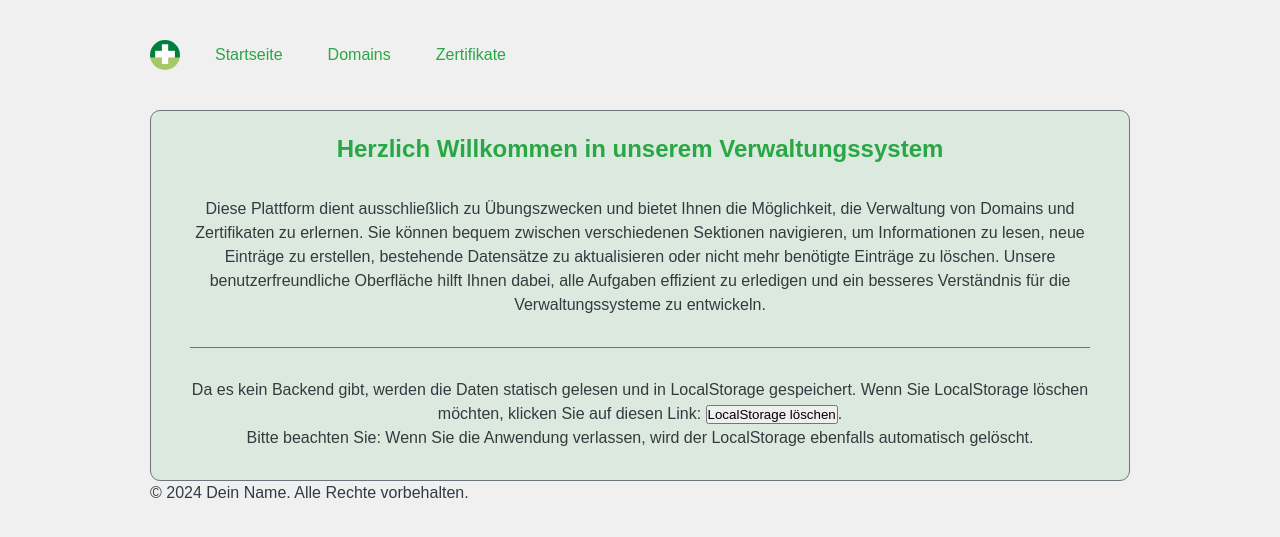
Repository: bajricadmir/verwaltungssystem-vanilla-html-css
Page: index.html
These files come from the project's save history. The page is drawn as it stood at one moment and after the next save; the edit follows.
The browser window is 1280 px wide. The pictures show the whole page.

Above is the page before, as saved 2024-10-14 11:26:24.

### index.html
<!DOCTYPE html>
<html lang="en">
  <head>
    <meta charset="UTF-8" />
    <meta name="viewport" content="width=device-width, initial-scale=1.0" />
    <link
      rel="shortcut icon"
      href="./assets/images/favicon.ico"
      type="image/x-icon"
    />
    <link rel="stylesheet" href="style.css" />
    <title>Verwaltungssystem</title>
  </head>
  <body>
    <header class="header">
      <nav class="navigation">
        <img src="./assets/images/favicon.ico" alt="Logo" class="logo" />

        <ul class="nav-list">
          <li class="nav-item">
            <a class="nav-link" href="#home">Startseite</a>
          </li>
          <li class="nav-item">
            <a class="nav-link" href="#about">Domains</a>
          </li>
          <li class="nav-item">
            <a class="nav-link" href="#contact">Zertifikate</a>
          </li>
        </ul>
      </nav>
    </header>

    <main class="main-content">
      <section>
        <h1 class="alert-heading">
          Herzlich Willkommen in unserem Verwaltungssystem
        </h1>
        <p class="content-paragraph">
          Diese Plattform dient ausschließlich zu Übungszwecken und bietet Ihnen
          die Möglichkeit, die Verwaltung von Domains und Zertifikaten zu
          erlernen. Sie können bequem zwischen verschiedenen Sektionen
          navigieren, um Informationen zu lesen, neue Einträge zu erstellen,
          bestehende Datensätze zu aktualisieren oder nicht mehr benötigte
          Einträge zu löschen. Unsere benutzerfreundliche Oberfläche hilft Ihnen
          dabei, alle Aufgaben effizient zu erledigen und ein besseres
          Verständnis für die Verwaltungssysteme zu entwickeln.
        </p>
      </section>
      <div class="divider"></div>
      <section>
        <p class="content-paragraph">
          Da es kein Backend gibt, werden die Daten statisch gelesen und in
          LocalStorage gespeichert. Wenn Sie LocalStorage löschen möchten,
          klicken Sie auf diesen Link:
          <button type="button" class="btn">LocalStorage löschen</button>.<br />
          Bitte beachten Sie: Wenn Sie die Anwendung verlassen, wird der
          LocalStorage ebenfalls automatisch gelöscht.
        </p>
      </section>
    </main>

    <footer>
      <p>&copy; 2024 Dein Name. Alle Rechte vorbehalten.</p>
    </footer>
  </body>
</html>

### style.css
:root {
  --primary-color: #007bff;
  --secondary-color: #6c757d;
  --success-color: #28a745;
  --success-color-hover: #218838;
  --success-color-bgc: #d4edda;
  --danger-color: #dc3545;
  --warning-color: #ffc107;
  --info-color: #17a2b8;
  --light-color: #f8f9fa;
  --dark-color: #343a40;

  --font-size-base: 16px;
  --font-family-base: "Arial", sans-serif;
  --background-color: #f0f0f0;
}

* {
  margin: 0;
  padding: 0;
  box-sizing: border-box;
}

html,
body {
  height: 100%;
  font-family: var(--font-family-base);
  line-height: 1.5;
}

body {
  padding: 40px 150px;
  background-color: var(--background-color);
  color: var(--dark-color);
}

ul {
  list-style: none;
}

a {
  text-decoration: none;
  color: inherit;
}

button {
  cursor: pointer;
}

table {
  border-collapse: collapse;
  width: 100%;
}

.navigation {
  display: flex;
  align-items: center;
}

.logo {
  width: 30px;
  height: 30px;
  border-radius: 50%;
  margin-right: 20px;
}

.nav-list {
  display: flex;
  align-items: center;
}

.nav-item {
  margin-right: 15px;
}

.nav-item:last-child {
  margin-right: 0;
}

.nav-item a {
  color: var(--success-color);
  transition: color 0.3s ease;
  padding: 10px 15px;
  border-radius: 5px;
}

.nav-item a:hover {
  color: var(--success-color-hover);
  background-color: rgba(40, 167, 69, 0.1);
}

.main-content {
  display: flex;
  flex-direction: column;
  align-items: center;
  margin-top: 40px;
  background-color: rgba(40, 167, 69, 0.1);
  padding: 20px 15px;
  border: 0.1px solid var(--secondary-color);
  border-radius: 10px;
}

.alert-heading {
  color: var(--success-color);
  padding-bottom: 20px;
}

.content-paragraph {
  padding: 10px;
  font-weight: 500;
}

section {
  text-align: center;
}

.divider {
  width: 95%;
  height: 1px;
  background-color: var(--secondary-color);
  margin: 20px 0;
}

After the next save:
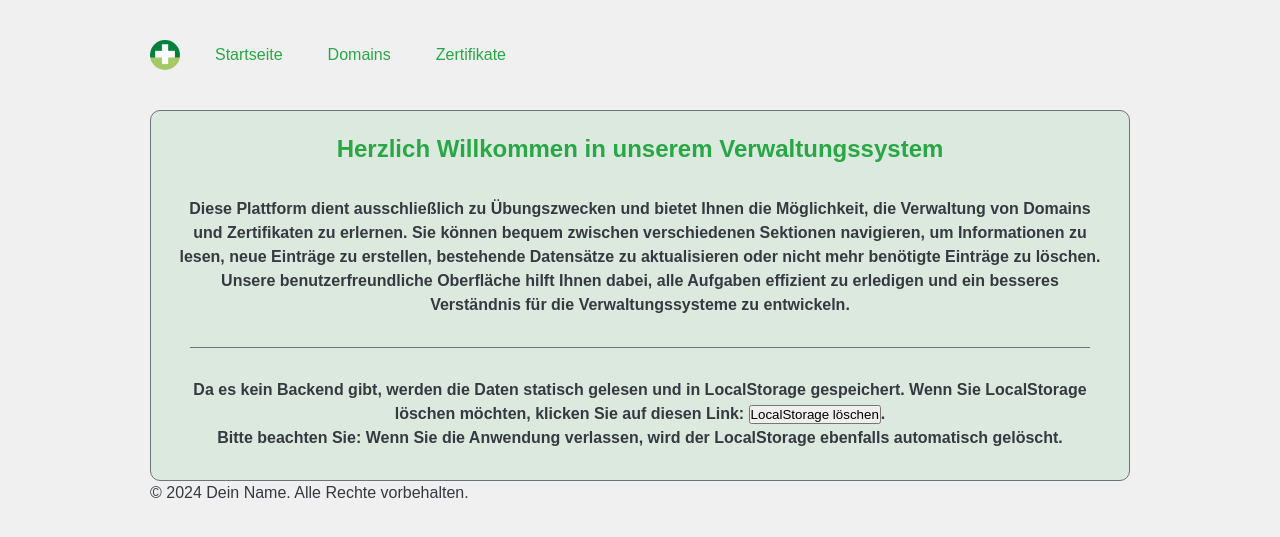
Saved 4 s later.
--- a/style.css
+++ b/style.css
@@ -107,7 +107,7 @@
 
 .content-paragraph {
   padding: 10px;
-  font-weight: 500;
+  font-weight: 600;
 }
 
 section {

After the save that followed:
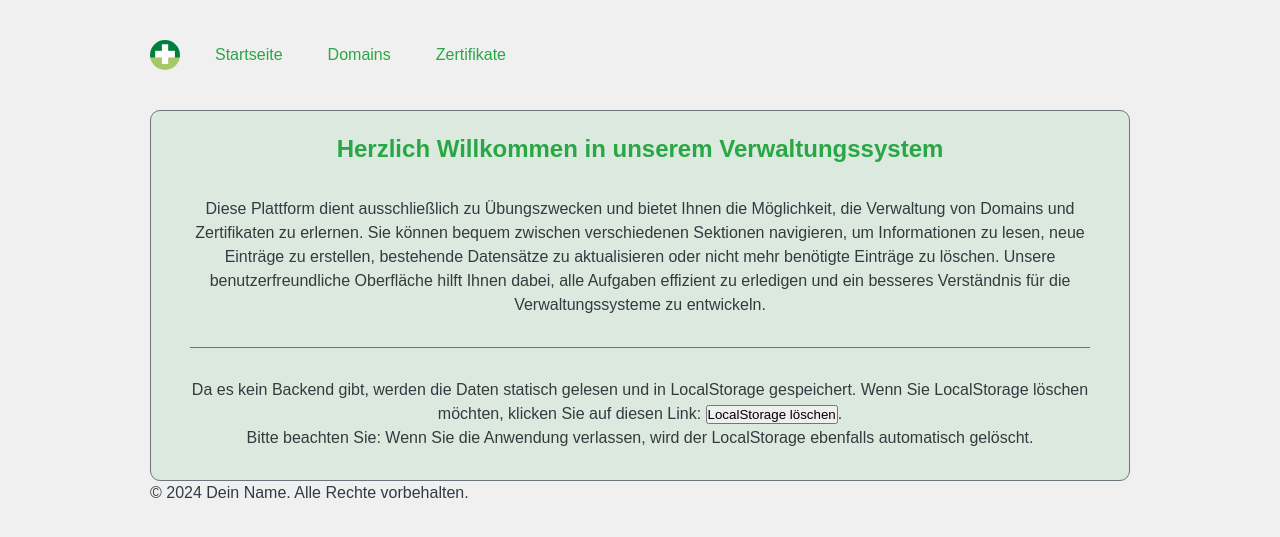
Saved 6 s later.
--- a/style.css
+++ b/style.css
@@ -107,7 +107,7 @@
 
 .content-paragraph {
   padding: 10px;
-  font-weight: 600;
+  font-weight: 500;
 }
 
 section {
